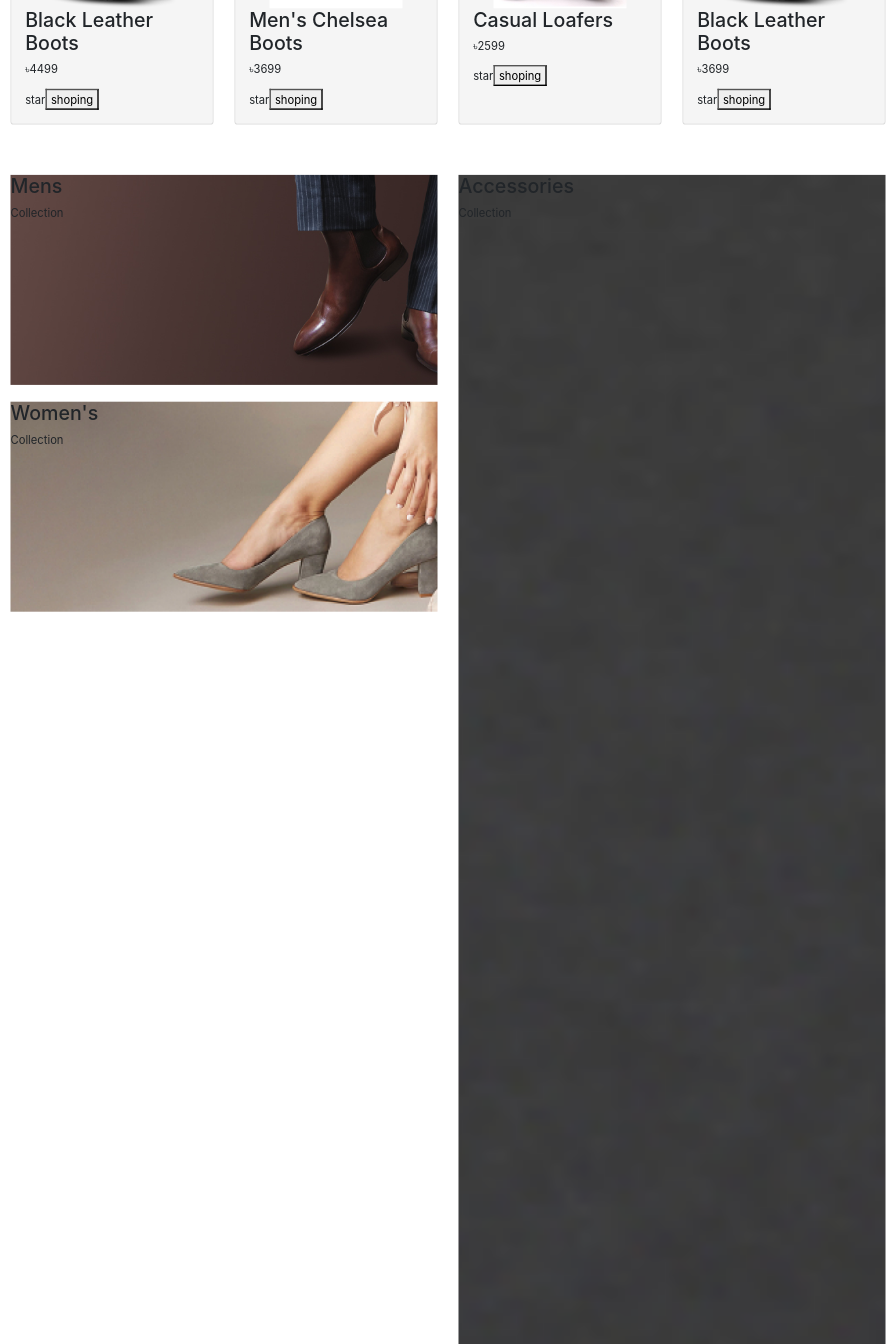
Repository: arif286/fashion-house
Page: /
These files come from the project's save history. The page is drawn as it stood at one moment and after the next save; the edit follows.
The browser window is 1280 px wide. The pictures show the part of the page from y = 2127 to 4047 px (the page is 8577 px tall before and 3001 px after), at 70% of full size.
The project was rebuilt for these pictures with package versions that can differ from the ones it lists, and the page was loaded fresh each time. The framework's server and built-in components were replaced by stand-ins that run in the browser. Also part of the build but not shown: nuxt.config.js, components/Contact.vue, components/Footer.vue, components/NuxtLogo.vue, components/Tutorial.vue.

Above is the page before, as saved 2021-07-12 08:19:01.

### components/DisplayCollection.vue
<template>
  <div class="container">
    <div class="row">
      <div class="col-md-6 col-sm-12 col-12">
        <div class="row">
          <div class="col-12 pb-4">
            <div class="men-collection all-collection">
              <h3>Mens</h3>
              <p>Collection</p>
            </div>
          </div>
          <div class="col-12">
            <div class="women-collection all-collection">
              <h3>Women's</h3>
              <p>Collection</p>
            </div>
          </div>
        </div>
      </div>
      <div class="col-md-6 col-sm-12 col-12">
        <div class="accessories all-collection">
          <h3>Accessories</h3>
          <p>Collection</p>
        </div>
      </div>
    </div>
  </div>
</template>

<script></script>

<style>
.men-collection {
  background-image: url('@/assets/Images/mens.png');
  height: 300px;
}
.women-collection {
  background-image: url('@/assets/Images/women.png');
  height: 300px;
}
.accessories {
  background-image: url('@/assets/Images/accessories.png');
  height: 6200px;
}
.all-collection {
  background-repeat: no-repeat;
  background-position: center center;
  background-size: cover;
}
</style>

### components/Nav.vue
<template>
  <nav class="navbar container navbar-expand-lg navbar-light">
    <div class="container-fluid">
      <div class="nav-title">
        <span>leather</span>
        <br />
        <span>brand</span>
      </div>
      <button
        class="navbar-toggler"
        type="button"
        data-bs-toggle="collapse"
        data-bs-target="#navbarSupportedContent"
        aria-controls="navbarSupportedContent"
        aria-expanded="false"
        aria-label="Toggle navigation"
      >
        <span class="navbar-toggler-icon"></span>
      </button>
      <div id="navbarSupportedContent" class="collapse navbar-collapse">
        <div class="d-flex justify-content-center w-100">
          <ul class="navbar-nav mb-2 mb-lg-0">
            <li class="nav-item">
              <a class="nav-link active" aria-current="page" href="#">Men</a>
            </li>
            <li class="nav-item">
              <a class="nav-link active" href="#">Women</a>
            </li>
            <li class="nav-item">
              <a class="nav-link active" href="#"> Accessories </a>
            </li>
            <li class="nav-item">
              <a class="nav-link active" href="#">Blogs</a>
            </li>
          </ul>
        </div>
        <div class="ml-auto">
          <ul class="navbar-nav mb-2 mb-lg-0">
            <li class="nav-item">
              <a class="nav-link active" aria-current="page" href="#">Men</a>
            </li>
            <li class="nav-item">
              <a class="nav-link" href="#">Women</a>
            </li>
            <li class="nav-item">
              <a class="nav-link active" href="#"> Accessories </a>
            </li>
            <li class="nav-item">
              <a class="nav-link active" href="#">Blogs</a>
            </li>
          </ul>
        </div>
      </div>
    </div>
  </nav>
</template>

<script></script>
<style scoped>
.nav-title {
  color: #521010;
  font-weight: 900;
  font-size: 18px;
}
.nav-title:hover {
  color: #521010;
  font-weight: bold;
}
.nav-item a {
  color: #000;
}
</style>

### components/NewCollection.vue
<template>
  <div class="container mb-5">
    <div class="row">
      <div
        v-for="item in collections"
        :key="item.id"
        class="col-md-6 col-12 mb-5"
      >
        <div class="card-content" :class="item.class">
          <div class="card-body product-details">
            <h4>{{ item.title }}</h4>
            <p>{{ item.text }}</p>
            <button>View ALL</button>
          </div>
        </div>
      </div>
    </div>
  </div>
</template>
<script>
export default {
  props: {
    collections: {
      type: Array,
      required: true,
    },
  },
}
</script>
<style>
.newArrival {
  background-image: url('@/assets/Images/newarrivals1.png');
}
.promo {
  background-image: url('@/assets/Images/promo.png');
}
.card-content {
  background-repeat: no-repeat;
  background-size: cover;
  height: 680px;
  border-radius: 25px;
  background-position: bottom;
}
.product-details {
  padding: 70px;
}
.product-details button {
  border-radius: 30px;
  width: 120px;
  padding: 7px 15px;
  border: 1px solid #333333;
  color: #333333;
  background: none;
}
.product-details h4 {
  color: #333333;
  font-weight: 700;
}
.product-details p {
  color: #333333;
}
.newArrival h4 {
  color: white;
}
.newArrival p {
  color: white;
}
.newArrival button {
  border: 1px solid white;
  color: white;
}
</style>

### components/Products.vue
<template>
  <div class="container mb-5">
    <div>
      <h4>{{ title }}</h4>
      <p>Views All</p>
    </div>

    <div class="row">
      <div
        v-for="item in products"
        :key="item.id"
        class="col-12 col-sm-6 col-md-3 mb-4"
      >
        <div class="card h-100">
          <div class="card-body">
            <div class="d-flex justify-content-center">
              <img
                class="product-img"
                :src="require(`@/assets/Images/${item.image}`)"
                alt=""
              />
            </div>
            <h3>{{ item.title }}</h3>
            <p>৳{{ item.price }}</p>
            <div>
              <span>star</span>
              <button>shoping</button>
            </div>
          </div>
        </div>
      </div>
    </div>
  </div>
</template>
<script>
export default {
  props: {
    products: {
      type: Array,
      required: true,
    },
    title: {
      type: String,
      required: true,
    },
  },
}
</script>

<style scoped>
.product-img {
  width: 190px;
  height: 184px;
}
.card {
  background-color: #f5f5f5;
}
</style>

### components/Service.vue
<template>
  <div class="container mb-5">
    <div class="row">
      <div
        v-for="service in services"
        :key="service.id"
        class="col-md-4 col-12 mb-5"
      >
        <div class="d-flex justify-content-center">
          <div class="service-box text-center">
            <img :src="require(`@/assets/Images/${service.image}`)" alt="" />
            <h5>{{ service.title }}</h5>
            <p>{{ service.text }}</p>
          </div>
        </div>
      </div>
    </div>
  </div>
</template>

<script>
export default {
  props: {
    services: { type: Array, required: true },
  },
}
</script>
<style>
.service-box {
  width: 250px;
}
</style>

### components/Slider.vue
<template>
  <div class="container mb-5">
    <div
      id="carouselExampleIndicators"
      class="carousel slide"
      data-bs-ride="carousel"
    >
      <div class="carousel-indicators">
        <button
          type="button"
          data-bs-target="#carouselExampleIndicators"
          data-bs-slide-to="0"
          class="active"
          aria-current="true"
          aria-label="Slide 1"
        ></button>
        <button
          type="button"
          data-bs-target="#carouselExampleIndicators"
          data-bs-slide-to="1"
          aria-label="Slide 2"
        ></button>
      </div>
      <div class="carousel-inner">
        <div class="carousel-item active d-flex align-items-center">
          <div class="slider-content">
            <p>20+ Design Variations</p>
            <h1>
              Premium
              <br />
              Oxford Collection
            </h1>
            <button>View All</button>
          </div>
        </div>
        <div class="carousel-item">
          <div class="slider-content">
            <p>20+ Design Variations</p>
            <h1>
              Premium
              <br />
              Oxford Collection
            </h1>
            <button>View All</button>
          </div>
        </div>
      </div>
    </div>
  </div>
</template>

<script></script>
<style>
.carousel-item {
  background-image: url('@/assets/Images/hero1.png');
  background-repeat: no-repeat;
  width: 100%;
  background-size: cover;
  height: 687px;
  border-radius: 30px;
}
.slider-content {
  margin-left: 80px;
}
.slider-content h1 {
  color: #333333;
  font-weight: 700;
}
.slider-content button {
  border-radius: 30px;
  width: 120px;
  padding: 7px 15px;
  border-color: #521010;
  color: #521010;
}
</style>

### pages/index.vue
<template>
  <div>
    <Nav />
    <Slider />
    <Service :services="serviceData" />
    <NewCollection :collections="collections" />
    <Products title="New Arrivals" :products="products" />
    <DisplayCollection />
  </div>
</template>

<script>
import { serviceData, newCollectionData, productsData } from '@/assets/data.js'
export default {
  data() {
    return {
      serviceData,
      collections: newCollectionData,
      products: productsData,
    }
  },
}
</script>
<style>
@import url('https://fonts.googleapis.com/css2?family=Roboto:ital,wght@0,100;0,300;0,400;0,500;0,700;0,900;1,100;1,300;1,400;1,500;1,700;1,900&display=swap');

.body {
  font-family: 'Roboto', sans-serif;
}
.container {
  max-width: 1880px;
}
</style>

### assets/data.js
export const serviceData = [
  {
    id: 1,
    image: 'delivery.svg',
    title: 'Countrywide Shipping',
    text: 'Lorem ipsum dolor sit amet, consectetur adipiscing elit. Ac fermentum eu.',
  },
  {
    id: 2,
    image: 'call-center.svg',
    title: 'Premium Support',
    text: 'Lorem ipsum dolor sit amet, consectetur adipiscing elit. Ac fermentum eu.',
  },
  {
    id: 3,
    image: 'return.svg',
    title: '29 Days Return',
    text: 'Lorem ipsum dolor sit amet, consectetur adipiscing elit. Ac fermentum eu.'
  }
]

export const newCollectionData = [
  {
    id: 2,
    class: 'newArrival',
    title: 'Black Leather Combo!',
    text: 'Lorem ipsum dolor sit amet, consectetur adipiscing elit. Ac fermentum eu.',
  },
  {
    id: 3,
    class: 'promo',
    title: 'Black Leather Combo!',
    text: 'Lorem ipsum dolor sit amet, consectetur adipiscing elit. Ac fermentum eu.',
  }
]

export const productsData = [
  {
    id: 1,
    image: 'boot.png',
    title: 'Black Leather Boots',
    price: 4499,
    rating: 4,
  },
  {
    id: 2,
    image: 'image1.png',
    title: "Men's Chelsea Boots",
    price: 3699,
    rating: 3,
  },
  {
    id: 3,
    image: 'image2.png',
    title: 'Casual Loafers',
    price: 2599,
    rating: 4,
  },
  {
    id: 4,
    image: 'boot.png',
    title: 'Black Leather Boots',
    price: 3699,
    rating: 5,
  },
]

After the next save:
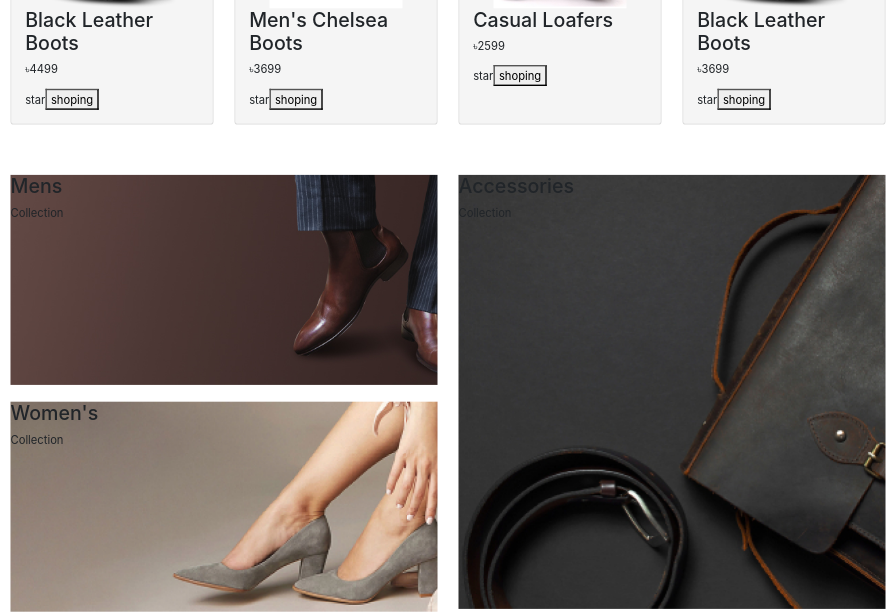
Saved 4 s later.
--- a/components/DisplayCollection.vue
+++ b/components/DisplayCollection.vue
@@ -40,7 +40,7 @@
 }
 .accessories {
   background-image: url('@/assets/Images/accessories.png');
-  height: 6200px;
+  height: 620px;
 }
 .all-collection {
   background-repeat: no-repeat;
